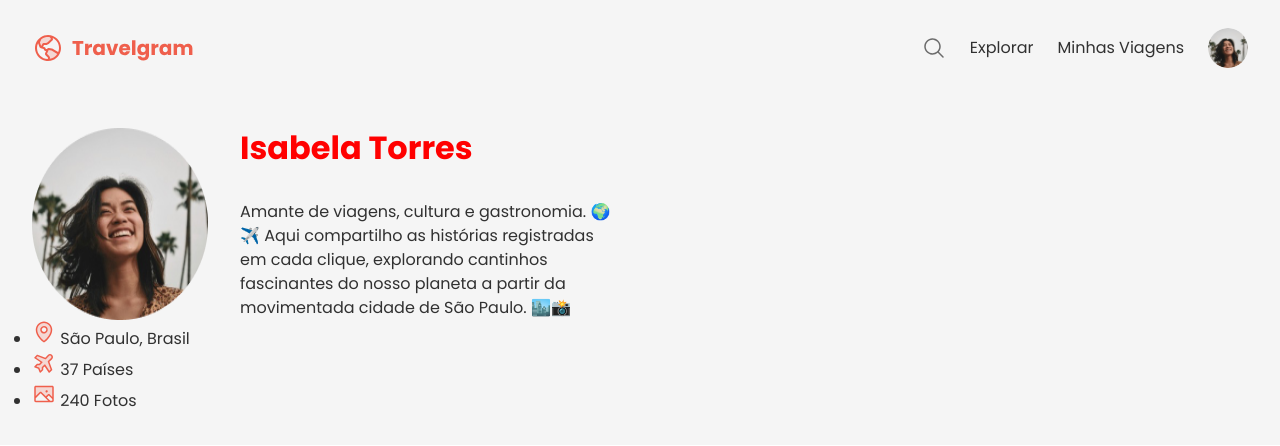
Repository: AbiezerSidonioJoseOdanacaJunior/projeto-travelgram
Page: index.html
These files come from the project's save history. The page is drawn as it stood at one moment and after the next save; the edit follows.
The browser window is 1280 px wide. The pictures show the whole page.
Some web fonts or font styles are not loaded; a fallback is used.

Above is the page before, as saved 2024-11-12 17:51:09.

After the next save:
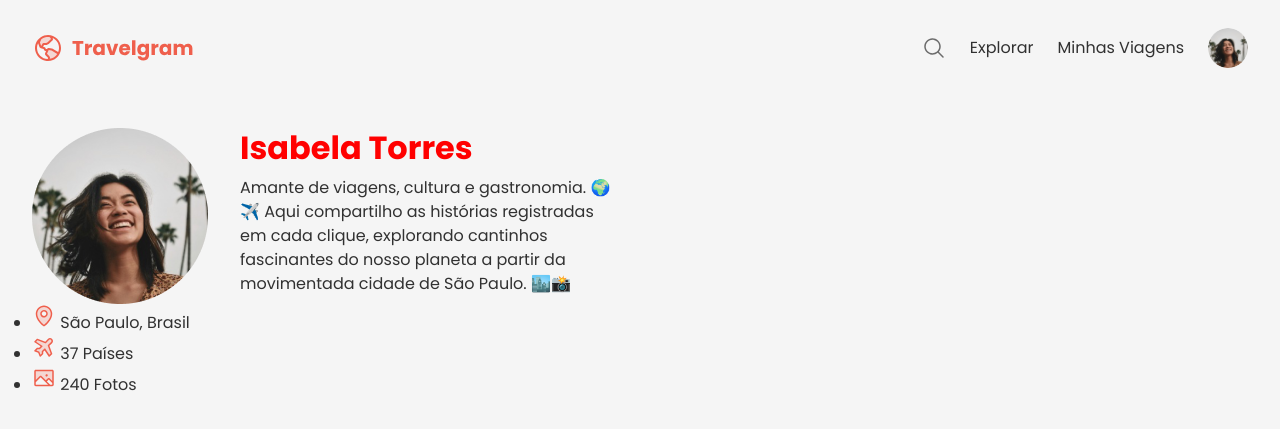
Saved 23 s later.
--- a/styles/header.css
+++ b/styles/header.css
@@ -14,5 +14,5 @@
  h1 {
     font: var(--text-lg);
     color: red;
-    padding-bottom: 32px;
+    padding-bottom: 8px;
 }
